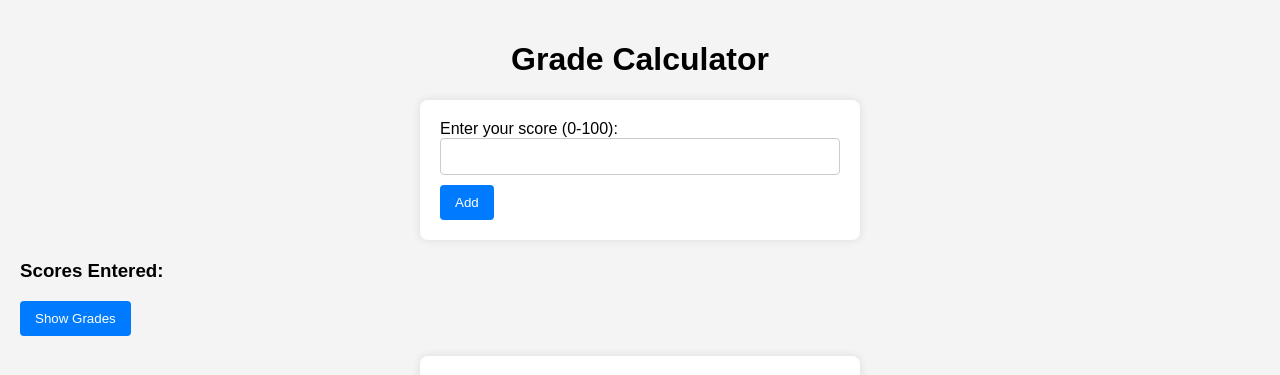
Repository: Rahim-Ullah/hexoforge-bootcamp
Page: phase-2-js-basic/grade-calculator.html
These files come from the project's save history. The page is drawn as it stood at one moment and after a run of saves; the edit follows.
The browser window is 1280 px wide. The pictures show the whole page.

Above is the page before, as saved 2025-09-06 13:43:38.

After the next 2 saves:
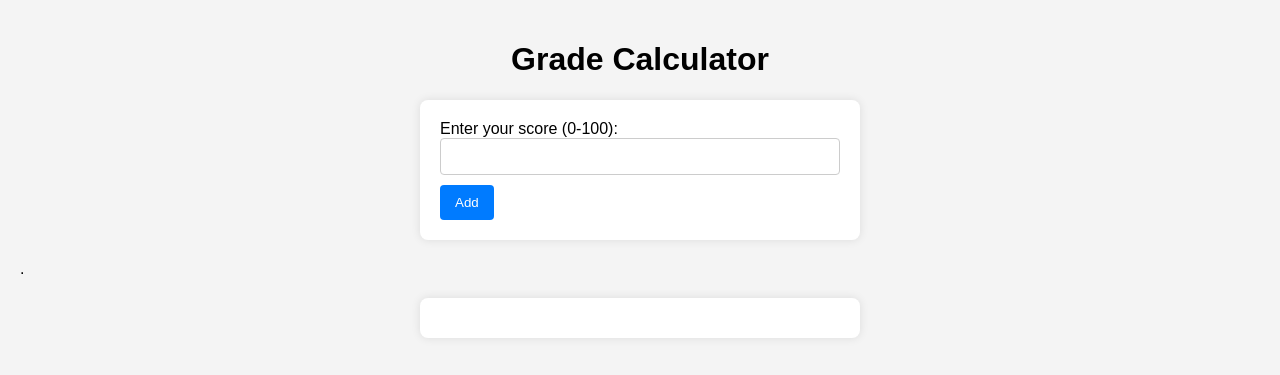
Console error: TypeError: Cannot read properties of null (reading 'addEventListener')
The 2 saves are shown as one change because they came seconds apart.
The last was saved 49 s later.
--- a/phase-2-js-basic/grade-calculator.html
+++ b/phase-2-js-basic/grade-calculator.html
@@ -76,9 +76,7 @@
         <input type="number" id="score" name="score" min="0" max="100" required>
         <button type="button" id="addScoreBtn">Add</button>
     </form>
-    <h3>Scores Entered:</h3>
-    <ul id="scoreList"></ul>
-    <button id="showGradesBtn">Show Grades</button>
+    .
     <p id="result"></p>
 
     <script>

After the 3 saves that followed:
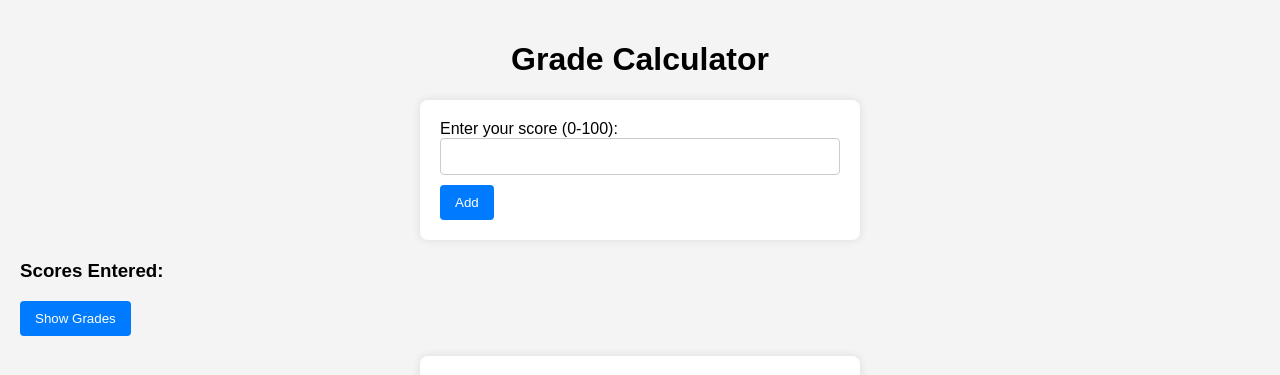
The error is gone.
The 3 saves are shown as one change because they came seconds apart.
The last was saved 10 s later.
--- a/phase-2-js-basic/grade-calculator.html
+++ b/phase-2-js-basic/grade-calculator.html
@@ -62,10 +62,10 @@
             -webkit-appearance: none;
             margin: 0;
         }
+
         input[type="number"] {
             -moz-appearance: textfield;
         }
-
     </style>
 </head>
 
@@ -76,7 +76,11 @@
         <input type="number" id="score" name="score" min="0" max="100" required>
         <button type="button" id="addScoreBtn">Add</button>
     </form>
-    .
+    <div class="component">
+        <h3>Scores Entered:</h3>
+        <ul id="scoreList"></ul>
+        <button id="showGradesBtn">Show Grades</button>
+    </div>
     <p id="result"></p>
 
     <script>
